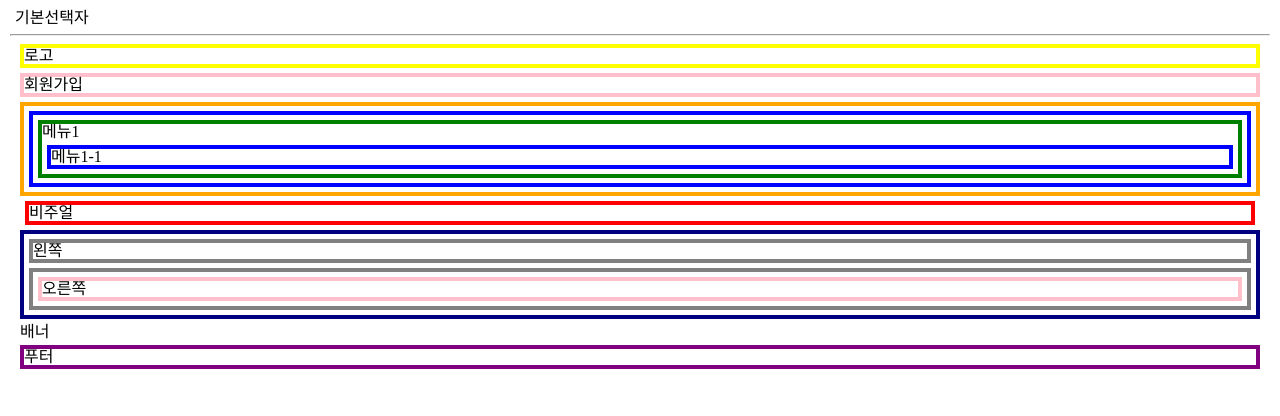
Repository: kimjoohye/study_WEB
Page: workspace/studyhtml5/WebContent/jq/jq01/jq01.html
These files come from the project's save history. The page is drawn as it stood at one moment and after the next save; the edit follows.
The browser window is 1280 px wide. The pictures show the whole page.

Above is the page before, as saved 2022-05-10 01:26:30.

### workspace/studyhtml5/WebContent/jq/jq01/jq01.html
<!DOCTYPE html>
<html>
<head>
<meta name="viewport" content="width=device-width,initial-scale=1.0">
<meta charset="UTF-8">
<link rel="shortcut icon" type="image/x-icon" href="/studyhtml5/favicon.ico">
<!--reset 스타일시트 -->
<link rel="stylesheet" type="text/css" href="/studyhtml5/asset/css/reset.css">
<!--스타일 시트 -->
<style type="text/css">
</style>

<title>Insert title here</title>

<!-- jquery -->
<script type="text/javascript" src="/studyhtml5/asset/js/jquery-1.12.4.js"></script>
<!--자바스크립트 코드 -->
<script type="text/javascript">
	$(document).ready(function(){
	    console.log('document');
	    $('p').css('border', '4px solid red'); /* 태그 선택자 */
	    $('#gnb').css('border', '4px solid orange'); /* id 선택자 */
	    $('.logo').css('border', '4px solid yellow'); /* 클래스 선택자 */

	    $("#gnb > ul > li").css('border', '4px solid green'); /* 자식 선택자 */
	    $("#gnb ul").css('border', '4px solid blue'); /* 하위 선택자 */
	    $('#visual + #content').css('border', '4px solid navy'); /* 인접선택자 '+' */

	    $('#visual ~ #footer').css('border', '4px solid purple'); /* 형제 선택자 '~''*/
	    $('div.util').css('border', '4px solid pink'); /* 종속 선택자 */
	    $('.left, .right').css('border', '4px solid gray'); /* 그룹 선택자 */
	});
</script>
</head>
<body>
   <h2>기본선택자</h2>
   <hr/>

   <header id="header">
    <div class="logo">로고</div>
    <div class="util">회원가입</div>

    <nav id="gnb">
      <ul>
        <li>메뉴1
          <ul>메뉴1-1</ul>
        </li>
      </ul>
    </nav>

    <div id="visual">
      <p>비주얼</p>
    </div>


    <div id="content">
      <div class="left">왼쪽</div>
      <div class="right">
        <div class="util">오른쪽</div>
      </div>
    </div>

    <div id="banner">배너</div>
    <footer id="footer">푸터</footer>
   </header>

</body>
</html>

### workspace/studyhtml5/WebContent/asset/css/reset.css
@charset "UTF-8";
/* http://meyerweb.com/eric/tools/css/reset/
   v2.0 | 20110126
   License: none (public domain)
*/
html, body, div, span, applet, object, iframe,
h1, h2, h3, h4, h5, h6, p, blockquote, pre,
a, abbr, acronym, address, big, cite, code,
del, dfn, em, img, ins, kbd, q, s, samp,
small, strike, strong, sub, sup, tt, var,
b, u, i, center,
dl, dt, dd, ol, ul, li,
fieldset, form, label, legend,
table, caption, tbody, tfoot, thead, tr, th, td,
article, aside, canvas, details, embed,
figure, figcaption, footer, header, hgroup,
menu, nav, output, ruby, section, summary,
time, mark, audio, video {
    margin: 5px;
    padding: 0;
    border: 0;
    font-size: 100%;
    font: inherit;
    vertical-align: baseline;
}
/* HTML5 display-role reset for older browsers */
article, aside, details, figcaption, figure,
footer, header, hgroup, menu, nav, section {
    display: block;
}
body {
    line-height: 1;
}
ol, ul {
    list-style: none;
}
blockquote, q {
    quotes: none;
}
blockquote:before, blockquote:after,
q:before, q:after {
    content: '';
    content: none;
}
table {
    border-collapse: collapse;
    border-spacing: 0;
}

Loaded but not shown: workspace/studyhtml5/WebContent/asset/js/jquery-1.12.4.js (library)

After the next save:
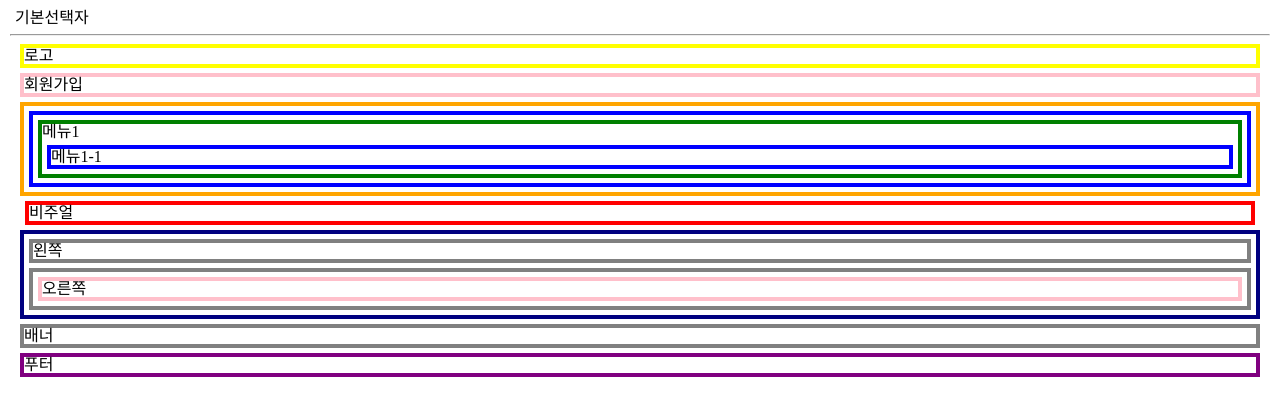
Saved 87 s later.
--- a/workspace/studyhtml5/WebContent/jq/jq01/jq01.html
+++ b/workspace/studyhtml5/WebContent/jq/jq01/jq01.html
@@ -28,7 +28,8 @@
 
 	    $('#visual ~ #footer').css('border', '4px solid purple'); /* 형제 선택자 '~''*/
 	    $('div.util').css('border', '4px solid pink'); /* 종속 선택자 */
-	    $('.left, .right').css('border', '4px solid gray'); /* 그룹 선택자 */
+	    $('.left, .right, #banner').css('border', '4px solid gray'); /* 그룹 선택자 */
+
 	});
 </script>
 </head>
